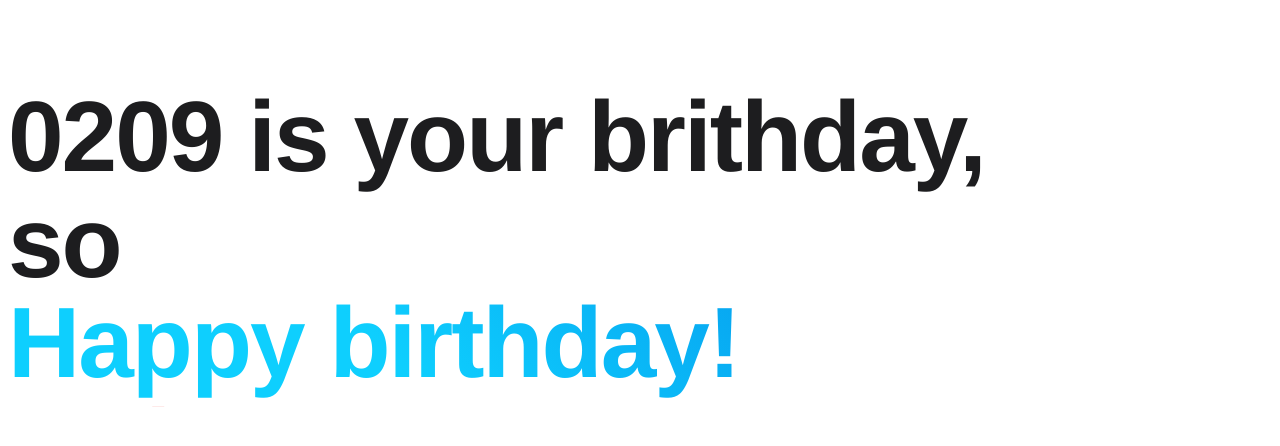
Repository: Caococos/02-09
Page: /
An editor plug-in stored every save of this project. The page is shown before and after the next save, followed by the edit.
The browser window is 1280 px wide. The pictures show the whole page.
The project was rebuilt for these pictures with package versions that can differ from the ones it lists, and the page was loaded fresh each time. Also part of the build but not shown: vue.config.js.

Above is the page before, as saved 2021-06-11 22:26:00.

After the next save:
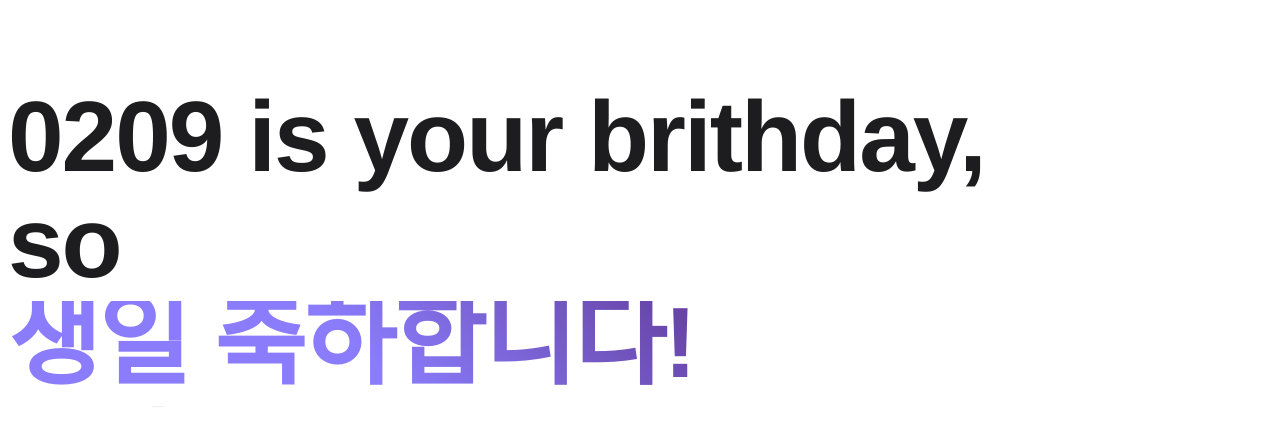
Saved 4 s later.
--- a/src/views/home/Home.vue
+++ b/src/views/home/Home.vue
@@ -16,7 +16,7 @@
 export default {
   name: 'Home',
   mounted() {
-    // this.move()
+    this.move()
   },
   methods: {
     move() {
